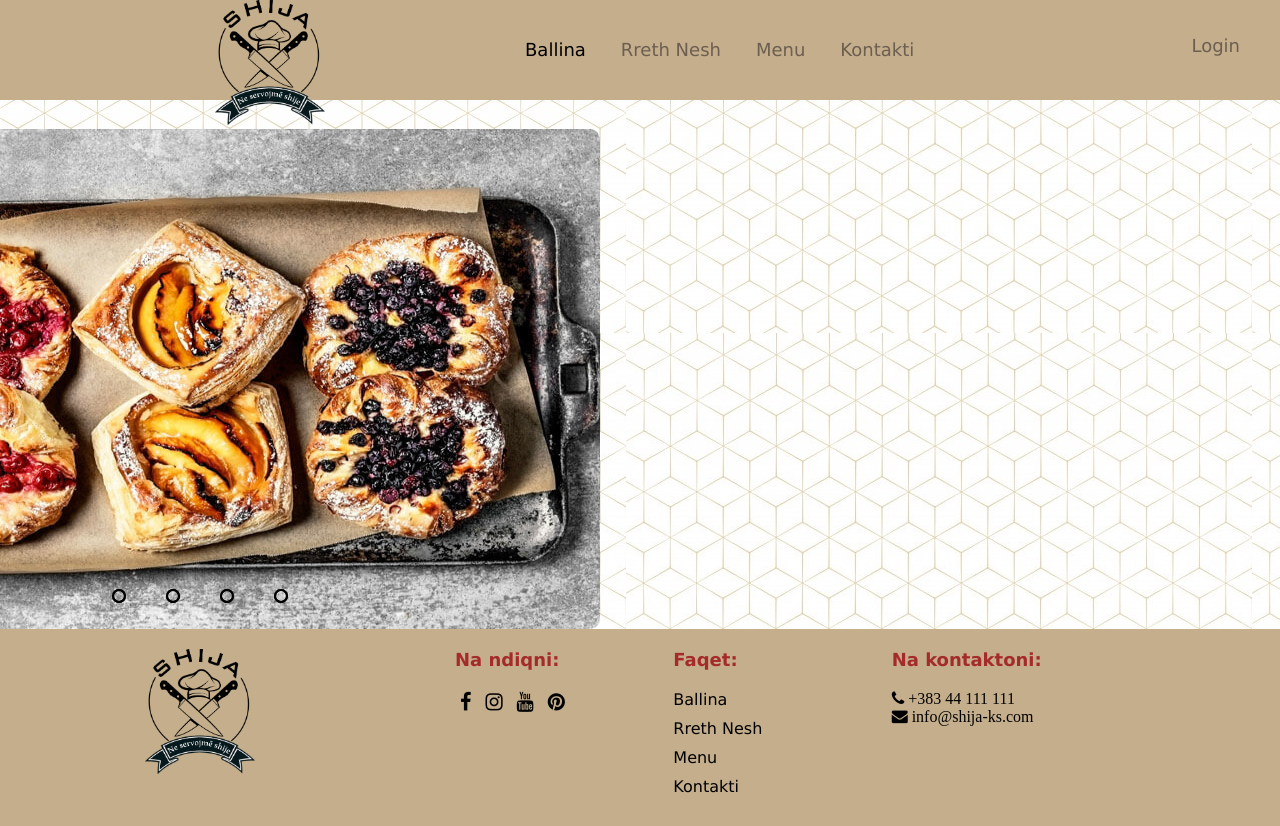
Repository: bs47892/ProjektiWeb-Shija2020
Page: shija.html
These files come from the project's save history. The page is drawn as it stood at one moment and after the next save; the edit follows.
The browser window is 1280 px wide. The pictures show the whole page.

Above is the page before, as saved 2021-02-11 21:05:52.

After the next save:
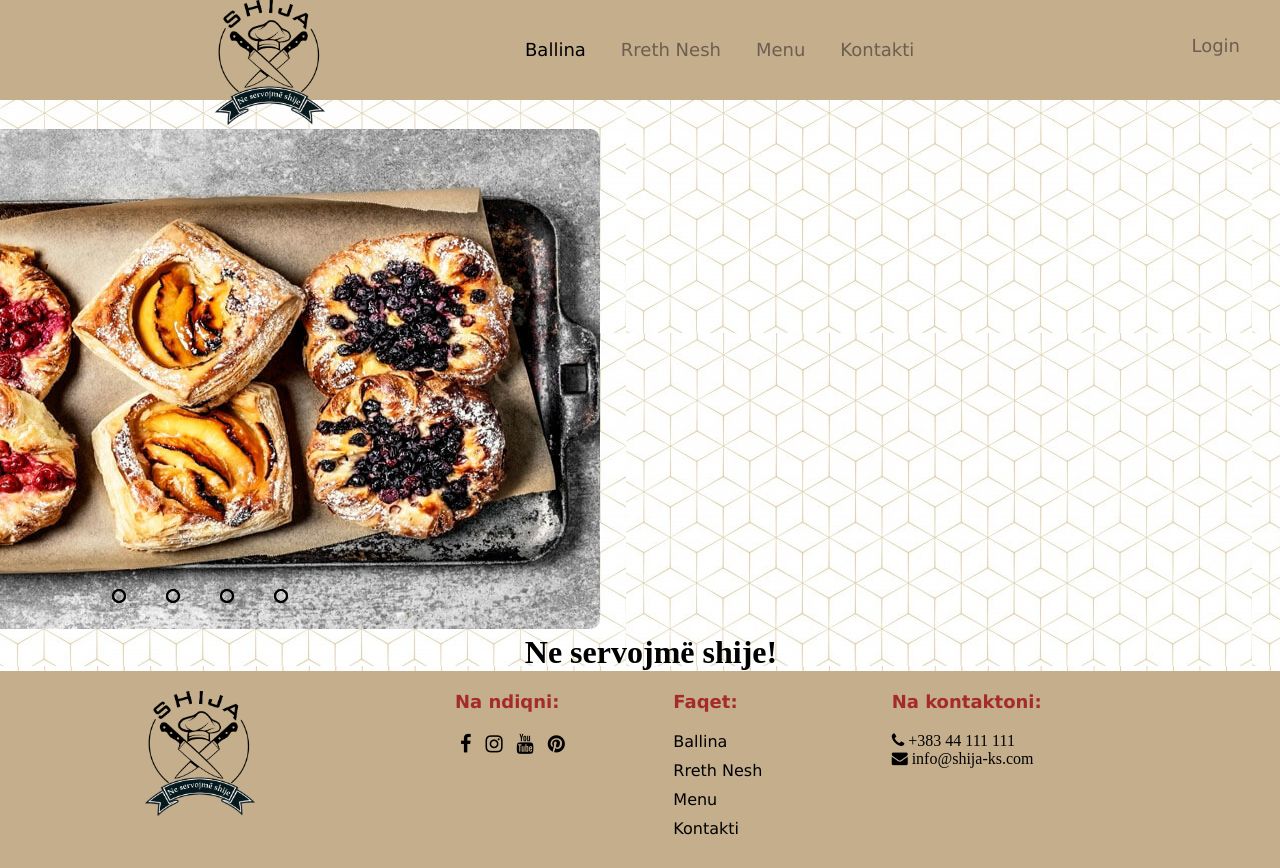
Saved 3 min 47 s later.
--- a/shija.html
+++ b/shija.html
@@ -26,25 +26,7 @@
            </div>
         </header>
  <!--********************Ketu perfundon tagu per header*****************************-->
- <!--
-<div class="carousel-container">
-    <i class="bi bi-arrow-left-circle" id="prevBtn"></i>
-    <i class="bi bi-arrow-right-circle" id="nextBtn"></i>
-    <div class="carousel-slide">
-        <img src="images/6.jpg" id="lastClone">
-        <img src="images/2.jpg">
-        <img src="images/3.jpg">
-        <img src="images/4.jpg">
-        <img src="images/5.jpg">
-        <img src="images/6.jpg">
-        <img src="images/2.jpg" id="firstClone">
-    </div>
-</div>
-<button id="prevBtn">Prev</button>
-<button id="nextBtn">Next</button>
-
-<script src="app.js"></script>
--->
+ <!--ketu fillon slideri-->
 <div class="slider">
     <dic class="slides">
         <input type="radio" name="radio-btn" id="radio1">
@@ -92,7 +74,12 @@ setInterval(function(){
     }
 },5000);
 </script>
-
+<!--ketu perfundon slideri-->
+<!--ketu fillon text box sllogani-->
+<div id="sllogani">
+<h1>Ne servojmë shije!</h1>
+</div>
+<!--ketu perfundon text box sllogani-->
 <!--**************************Ketu fillon footeri**********************************-->
 <footer class="footer">
     <div class="inner_footer">
